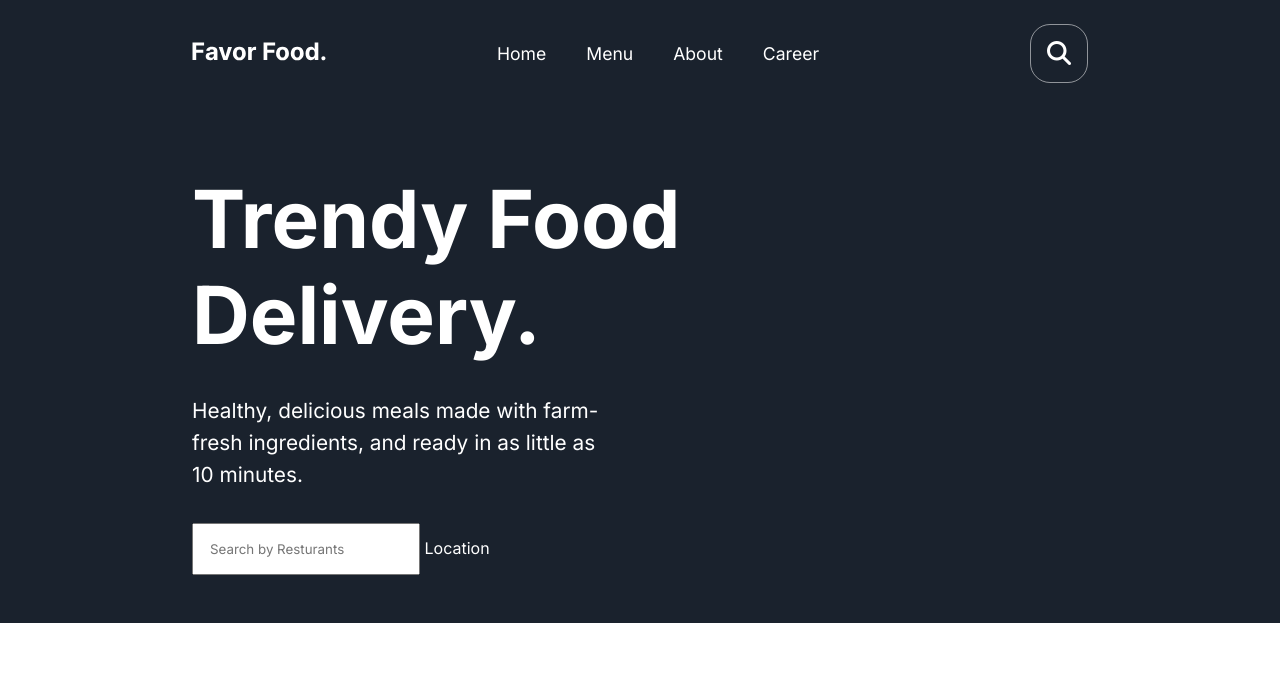
Repository: badhon252/favor-food
Page: index.html
An editor plug-in stored every save of this project. The page is shown before and after a run of saves, followed by the edit.
The browser window is 1280 px wide. The pictures show the whole page.
The style sheet was rebuilt from its Sass, Less or Tailwind sources for each picture, by a compiler version that may differ from the author's.

Above is the page before, as saved 2022-09-10 15:16:09.

After the next 2 saves:
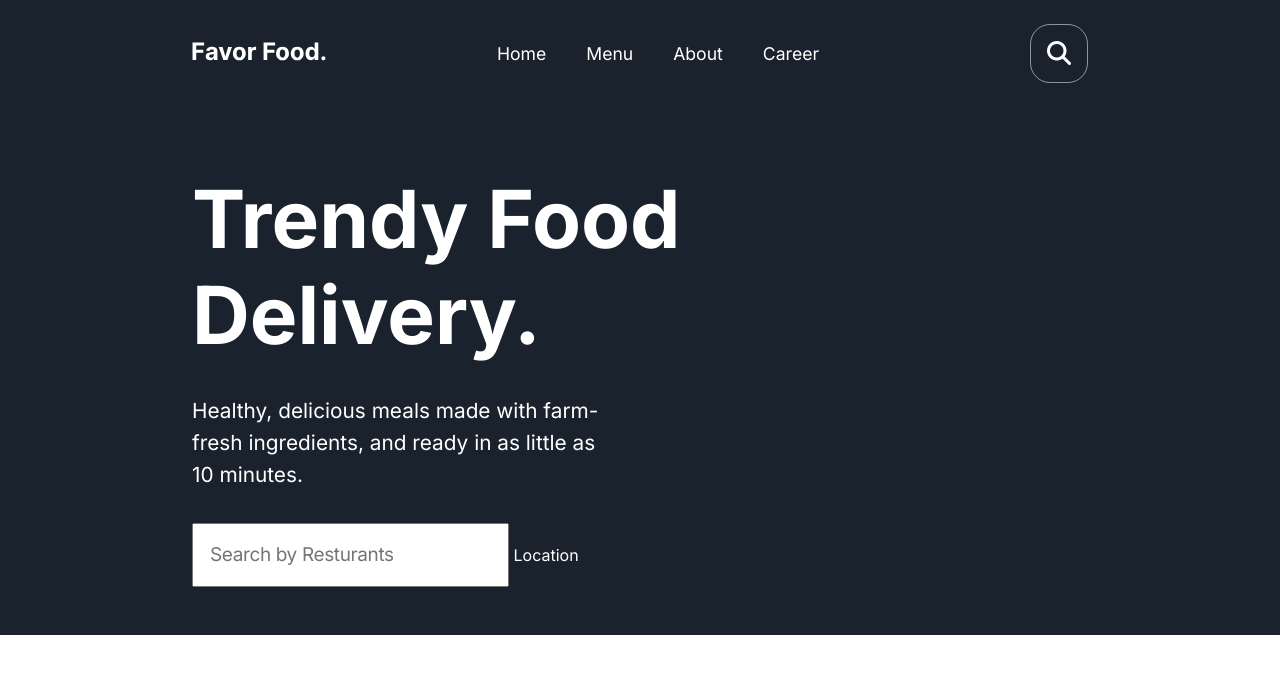
The 2 saves are shown as one change because 1 did not build or start.
The last was saved 31 s later.
--- a/scss/style.scss
+++ b/scss/style.scss
@@ -71,6 +71,13 @@ header {
     form {
       input {
         padding: 1rem;
+        font-size: 19px;
+        line-height: 28px;
+        /* identical to box height */
+
+        letter-spacing: -0.02em;
+
+        color: #b1b1b1;
       }
     }
   }
